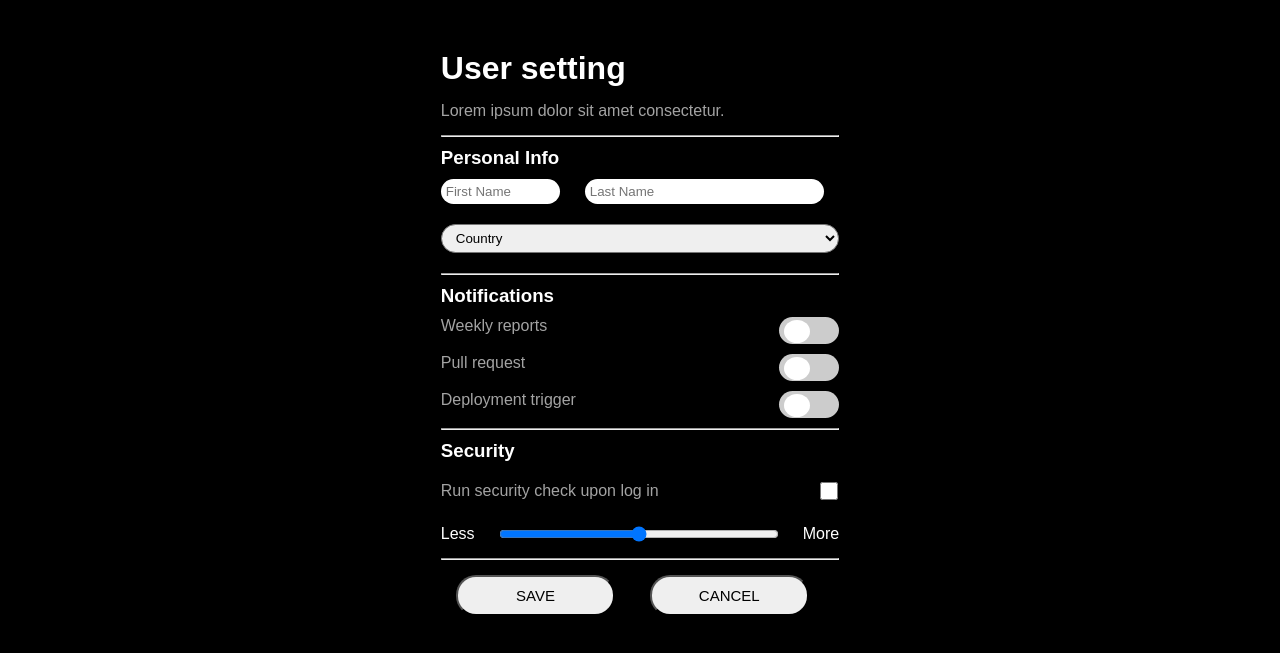
Repository: imokha01/DOM
Page: index.html
The author's editor kept a copy of each file at every save. The page is drawn from the files as they stood at one save, then again after a run of saves.
The browser window is 1280 px wide. The pictures show the whole page.

Above is the page before, as saved 2023-12-21 10:00:39.

### index.html
<!DOCTYPE html>
<html lang="en">
  <head>
    <meta charset="UTF-8" />
    <meta name="viewport" content="width=device-width, initial-scale=1.0" />
    <title>Document</title>
    <link rel="stylesheet" href="./index.css" />
  </head>
<body>
  <div class="form_container">
    <form action="#">
      <div>
          <h1>User setting</h1>
          <p id="userPara">Lorem ipsum dolor sit amet consectetur.</p>
      </div>
      <hr>
      <div>
        <h3>Personal Info</h3>
        <input type="text" class="firstName" placeholder="First Name">
        <input type="text" class="lastName" placeholder="Last Name"> <br>
        <select>
            <option value="country" disabled hidden selected>Country</option>
            <option value="Nigeria">Nigeria</option>
            <option value="ghana">Ghana</option>
            <option value="algeria">Algeria</option>
        </select>
        <hr>
        <div>
          <h3>Notifications</h3>
          <div class="weeklyReport">
            <p class="week-para">Weekly reports</p>
            <!-- Rounded switch -->
            <div>
              <label class="switch">
                <input type="checkbox">
               <span class="slider round"></span>
              </label>
            </div>
          </div>
          <div class="pullRequest">
            <p class="pull-para">Pull request</p>
            <!-- Rounded switch -->
            <div>
              <label class="switch">
                <input type="checkbox">
               <span class="slider round"></span>
              </label>
            </div>
          </div>
          <div class="deployment">
            <p class="depoly-para">Deployment trigger</p>
            <!-- Rounded switch -->
            <div>
              <label class="switch">
                <input type="checkbox">
               <span class="slider round"></span>
              </label>
            </div>
          </div>
          <hr>
          <div class="security">
            <h3> Security</h3>
            <div>
              <p id="secu-para">Run security check upon log in</p>
              <input type="checkbox" id="check">
            </div>
            <div>
              <span>Less</span>
              <input type="range" id="range">
              <span> More </span>
            </div>
           <hr>
           <button type="save">SAVE</button>
           <button type="cancel">CANCEL</button
        </div>
        </div>
      </div>
    </form>
  </div>
    <script src="./index.js"></script>
  </body>
</html>

### index.css
* {
    margin: 0;
    padding: 0;
    box-sizing: border-box;
}

body{
    font-family: Arial, Helvetica, sans-serif;
    background-color: black;
}

.form_container {
    display: flex;
    justify-content: center;
    align-items: center;
    margin-top: 50px;
    gap: 2px;
    background-color: black;
    color: while;
}

form {
    color: white;
}

form p {
    color: #a3a3a3
}

#userPara {
    padding: 15px 0;
}

h3 {
    margin: 10px 0;
}

.firstName{
    width: 30%;
    padding: 5px;
    border-radius: 20px;
    margin-right: 20px;
    border: none;
  }

  .lastName {
    width: 60%;
    padding: 5px;
    border-radius: 20px;
    border: none;

}

select {
    width: 100%;
    padding: 5px 10px;
    border-radius: 20px;
    margin: 20px 0;
  }

  option {
    padding: 20px 0;

  }
  .weeklyReport,
  .deployment,
  .pullRequest {
    display: flex;
    justify-content: space-between;
    margin-bottom: 10px;
  }

  .security h3 + div {
    display: flex;
    justify-content: space-between;
    padding: 10px 0;
  }

#check {
  width: 20px;
}

.security div:last-of-type{
    width: 100%;
    display: flex;
    justify-content: space-between;
    padding: 15px 0;
  }

  #range {
    width: 280px;
    background-color: green;

  }

  button {
    padding: 10px;
    border-radius: 20px;
    margin: 20px 0;
    font-size: 15px;
    width: 40%;
    margin: 15px;

}







/* The switch - the box around the slider */
.switch {
    position: relative;
    display: inline-block;
    width: 60px;
    height: 27px;
  }

  /* Hide default HTML checkbox */
  .switch input {
    opacity: 0;
    width: 0;
    height: 0;
  }

  /* The slider */
  .slider {
    position: absolute;
    cursor: pointer;
    top: 0;
    left: 0;
    right: 0;
    bottom: 0;
    background-color: #ccc;
    -webkit-transition: .4s;
    transition: .4s;
  }

  .slider:before {
    position: absolute;
    content: "";
    height: 23px;
    width: 26px;
    left: 5px;
    bottom: 1px;
    background-color: white;
    -webkit-transition: .4s;
    transition: .4s;
  }

  input:checked + .slider {
    background-color: #2196F3;
  }

  input:focus + .slider {
    box-shadow: 0 0 1px #2196F3;
  }

  input:checked + .slider:before {
    -webkit-transform: translateX(26px);
    -ms-transform: translateX(26px);
    transform: translateX(26px);
  }

  /* Rounded sliders */
  .slider.round {
    border-radius: 34px;
  }

  .slider.round:before {
    border-radius: 50%;
  }

### index.js
// const button = document.getElementsByTagName("button")[0]
// console.log(button)

// button.style.backgroundColor = "skyblue"
// button.style.padding = "20px";
// button.style.border = "none";
// button.style.borderRadius = "10px";
// button.style.fontSize  = "1.5em";
// button.style.color = "red";

// const body = document.querySelector("body")
// body.style.backgroundColor = "lightgreen";

const newDiv = document.createElement("div");
const newContent = document.createTextNode("hey, What is up");
newDiv.appendChild(newContent);
console.log(newDiv)

const button = document.createElement("button")

After the next 7 saves:
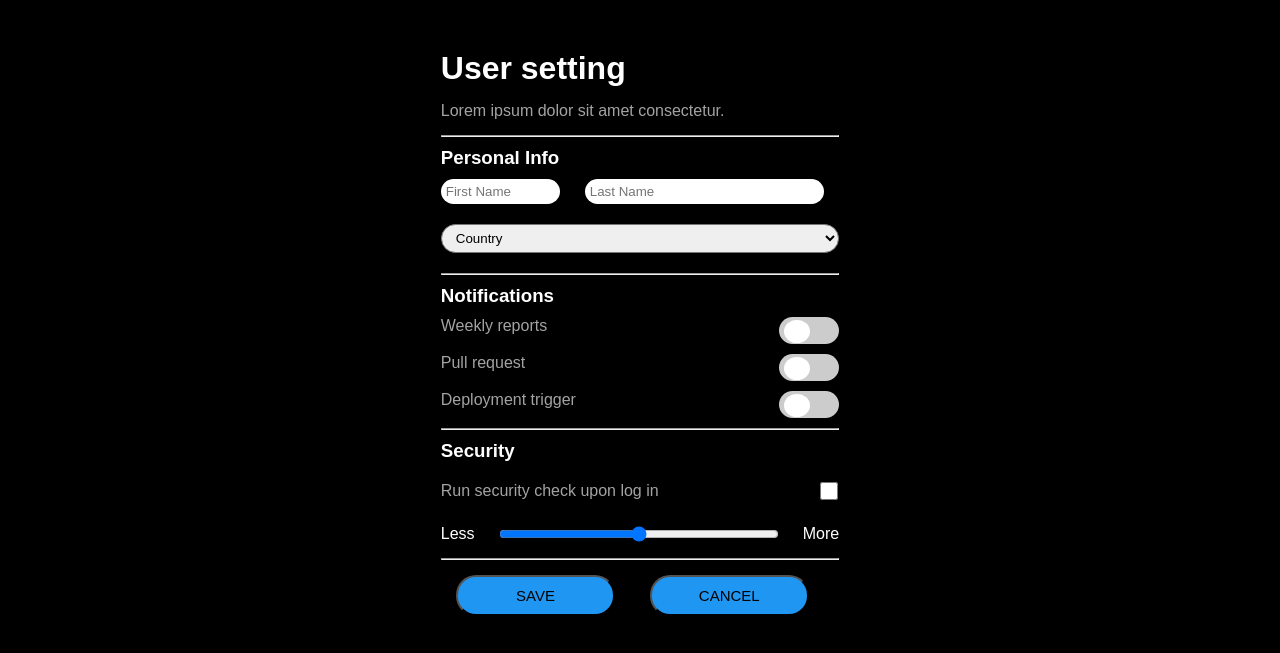
The 7 saves are shown as one change because they came seconds apart.
The last was saved 62 s later.
--- a/index.css
+++ b/index.css
@@ -100,7 +100,7 @@ select {
     font-size: 15px;
     width: 40%;
     margin: 15px;
-
+    background-color: #2096f3;
 }
 
 
